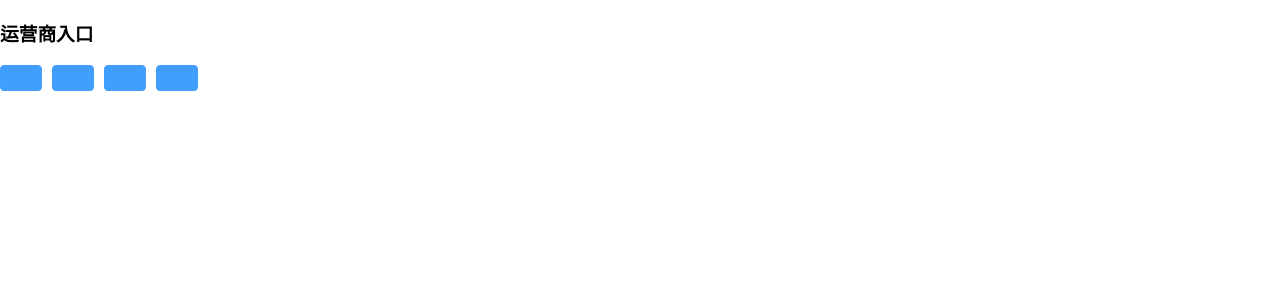
Repository: cmlsir1024/index-test
Page: index.html
An editor plug-in stored every save of this project. The page is shown before and after the next save, followed by the edit.
The browser window is 1280 px wide. The pictures show the whole page.

Above is the page before, as saved 2023-10-11 11:57:32.

### index.html
<!DOCTYPE html>
<html lang="en">
  <head>
    <meta charset="UTF-8" />
    <meta http-equiv="X-UA-Compatible" content="IE=edge" />
    <meta name="viewport" content="width=device-width, initial-scale=1.0" />

    <title>glb文件渲染</title>
    <script src="./js/vue.js"></script>
    <!-- 引入样式 -->
    <!-- <link rel="stylesheet" href="https://unpkg.com/element-ui/lib/theme-chalk/index.css" /> -->
    <!-- 引入组件库 -->
    <!-- <script src="https://unpkg.com/element-ui/lib/index.js"></script> -->
    <!-- <script src="./js/vue.js"></script> -->
    <!-- 引入样式 -->
    <link rel="stylesheet" href="./css/element-ui.css" />
    <!-- 引入组件库 -->
    <script src="./js/element-ui.js"></script>
    <style>
      html,
      body {
        margin: 0px;
        padding: 0px;
        overflow: hidden;
        /* background-color: #5e95dd; */
      }

      .tag {
        width: 60px;
        height: 30px;
        background: #a5bbd8;
        word-wrap: break-word;
        font-size: 12px;
        pointerevents: none;
      }

      .table-man {
        position: absolute;
        right: 10px;
        top: 0px;
        z-index: 999 !important;
      }

      /*最外层透明*/
      .el-table,
      .el-table__expanded-cell {
        /* background-color: transparent; */
        background-color: rgba(255, 255, 255, 0.5);
      }

      /* 表格内背景颜色 */
      .el-table th,
      .el-table tr,
      .el-table td {
        /* background-color: rgba(94, 150, 223); */
      }

      .el-dropdown-link {
        cursor: pointer;
        color: #ffffff;
        font-size: 16px;
      }

      .el-icon-arrow-down {
        font-size: 16px;
      }

      .ListCss {
        margin-top: 10px;
        margin-bottom: 10px;
        /* width: 100%; */
        display: flex;
        justify-content: flex-end;
      }

      .ist-add {
      }
      .icolor {
        color: chartreuse;
      }
      .xiacolor {
        color: dimgrey;
      }

      /* .buttonCss {
      margin-left: 50%;
    } */
      .el-table tr {
        background-color: transparent;
      }
      .box {
        justify-content: center;
      }
    </style>
  </head>

  <body>
    <div id="app">
      <h3>运营商入口</h3>
      <div class="box">
        <el-button
          v-for="item in dataList"
          @click="handleInfo('1')"
          type="primary"
        >
          {{name}}
        </el-button>
      </div>
    </div>
  </body>

  <script>
    var vm = new Vue({
      el: "#app",

      data: function () {
        return {
          radio1: "",
          dataList: [
            { name: "263云卡实名入口", id: 1 },
            { name: "民生实名入口", id: 2 },
            { name: "u友实名入口", id: 3 },
            { name: "懂得实名入口", id: 4 },
          ],
        };
      },
      created: function () {},
      mounted: function () {},
      methods: {
        handleInfo(str) {
          console.log(str);
        },
      },
    });
  </script>
</html>

Loaded but not shown: js/vue.js (library); css/element-ui.css (library); js/element-ui.js (library)

After the next save:
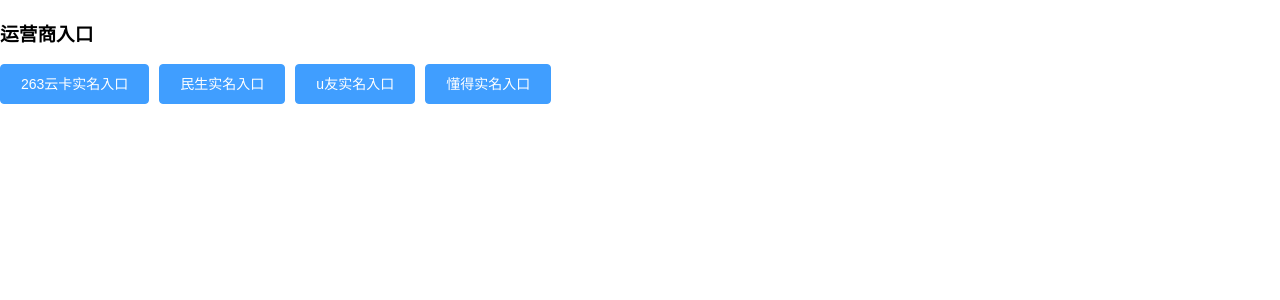
Saved 5 s later.
--- a/index.html
+++ b/index.html
@@ -103,7 +103,7 @@
           @click="handleInfo('1')"
           type="primary"
         >
-          {{name}}
+          {{item.name}}
         </el-button>
       </div>
     </div>
